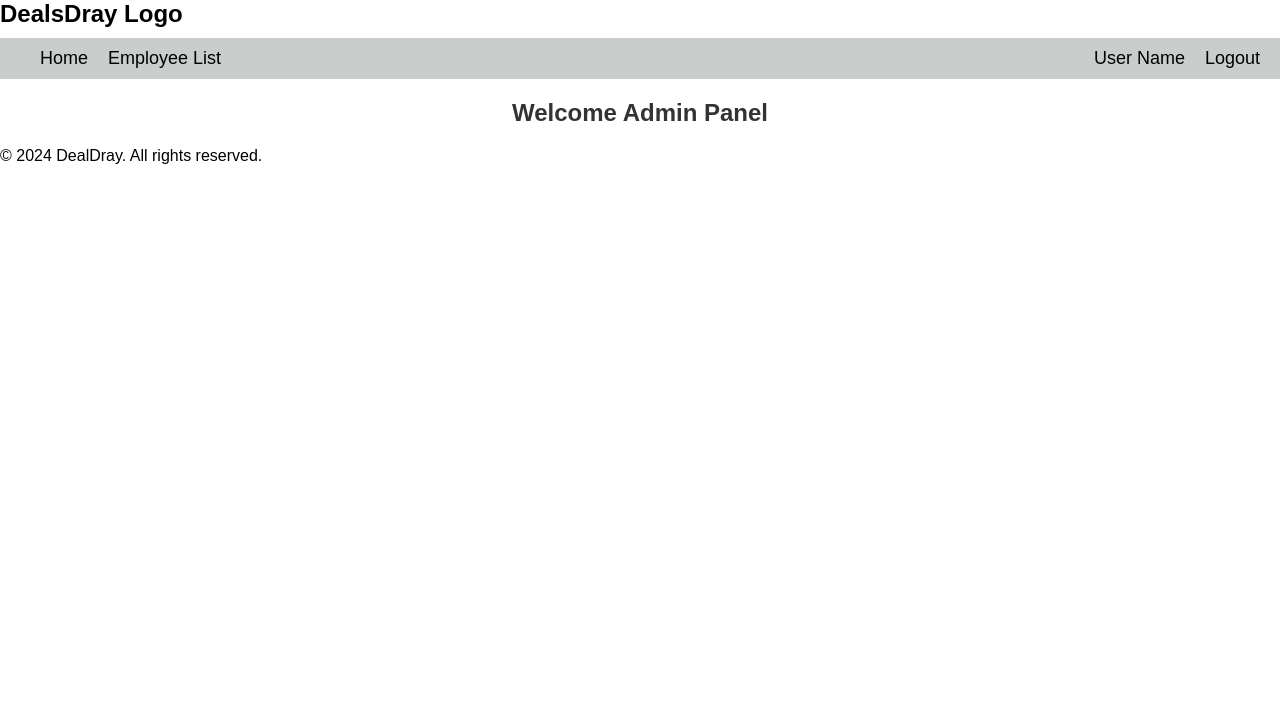
Repository: Mahanandapadavale123/dealsdray
Page: /dashboard (app in frontend/)
An editor plug-in stored every save of this project. The page is shown before and after the next save, followed by the edit.
The browser window is 1280 px wide. The pictures show the whole page.
The page's requests for data from a server got no answer. The project was rebuilt for these pictures with package versions that can differ from the ones it lists, and the page was loaded fresh each time. No one was signed in, and anything a server would have sent is missing. Also part of the build but not shown: frontend/src/views/login.jsx, frontend/src/views/EmployeeList.js, frontend/src/views/createemployee.jsx.

Above is the page before, as saved 2024-09-19 18:20:50.

After the next save:
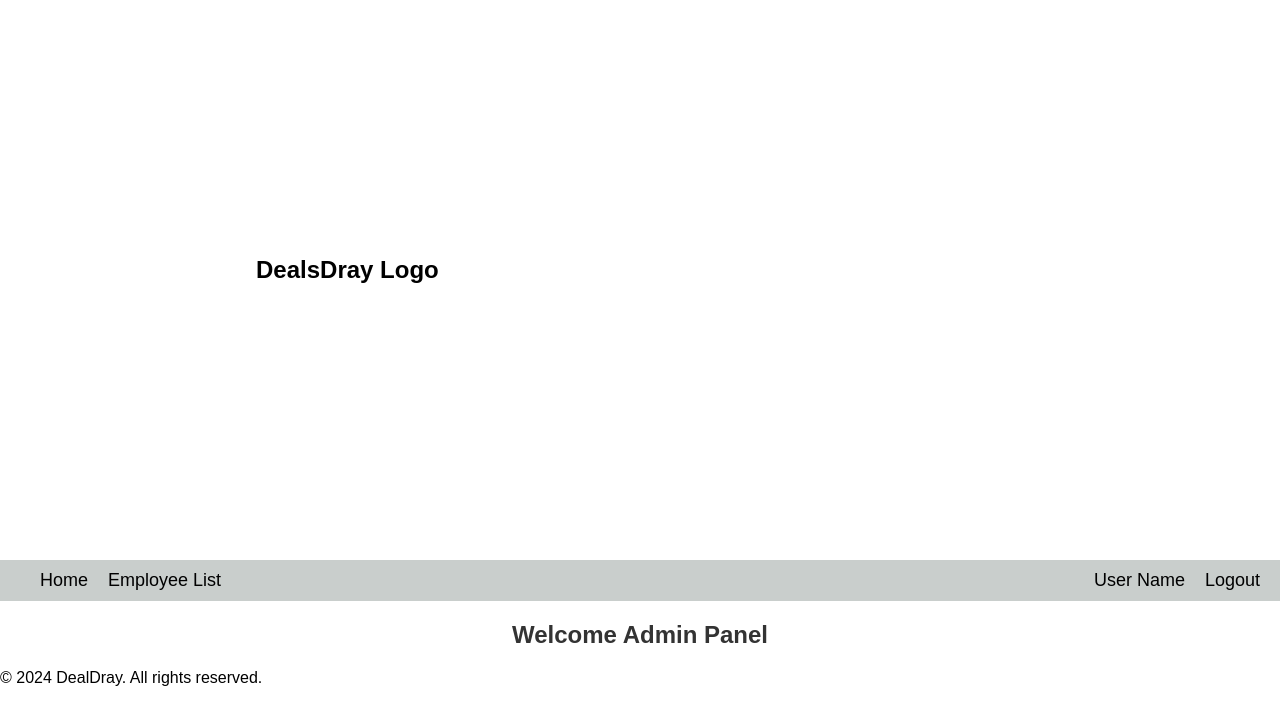
Saved 8 s later.
--- a/frontend/src/css/navbar.css
+++ b/frontend/src/css/navbar.css
@@ -5,7 +5,7 @@
   align-items: center;
   }
 
-  ,topbar{
+  .topbar{
     padding: 20%;
   }
   .navbar {
